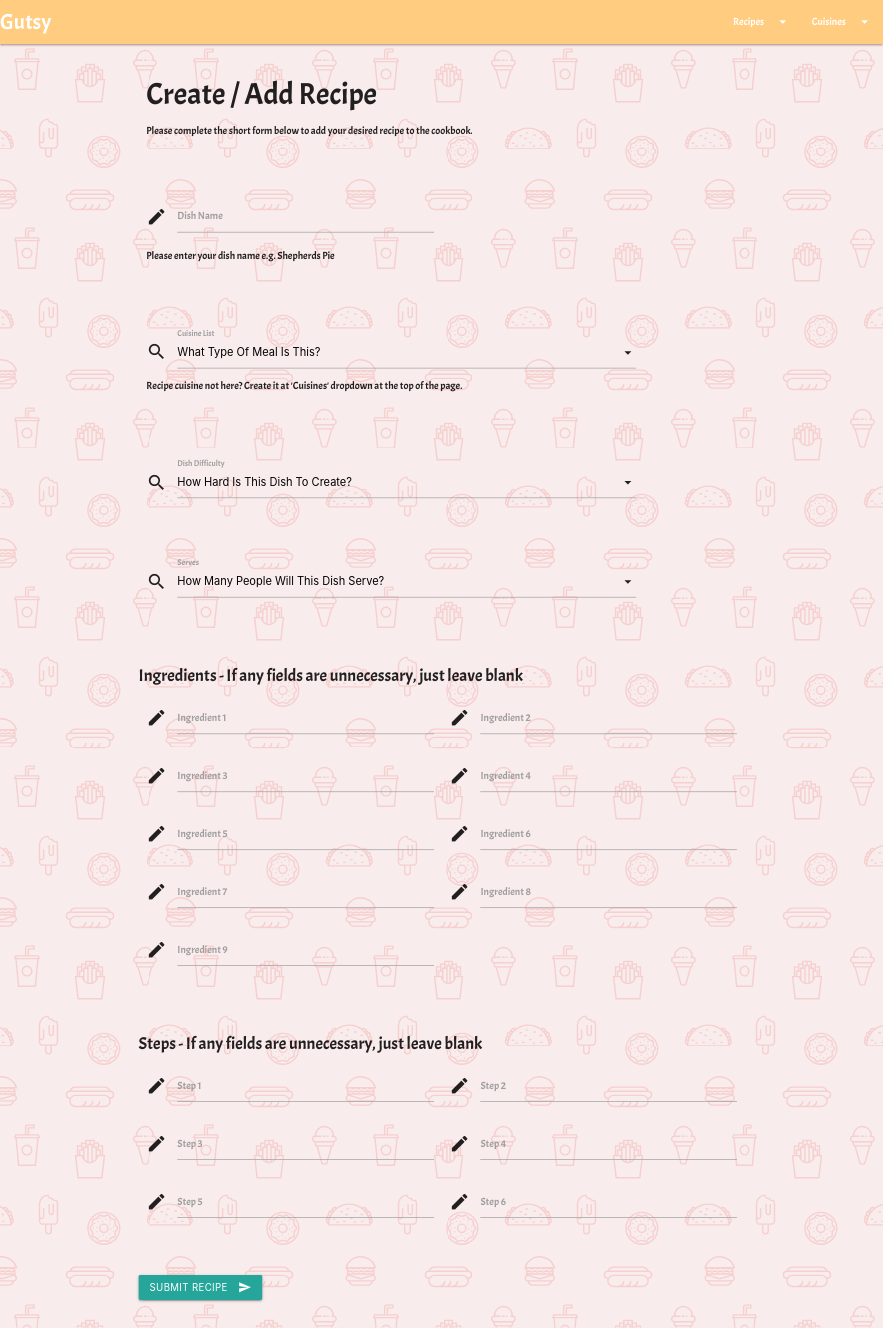
Repository: connor-blackburn/gutsy
Page: http://localhost/create_recipe
The author's editor kept a record of every edit. The page is drawn from the files as they stood at one moment, then again after the next edit.
The browser window is 1280 px wide. The pictures show the whole page, at 69% of full size.
The page is served by the project's application, run on Flask 3 (app.py). Queries for data that is not in the repository find no rows.

Above is the page before.

After the next edit:
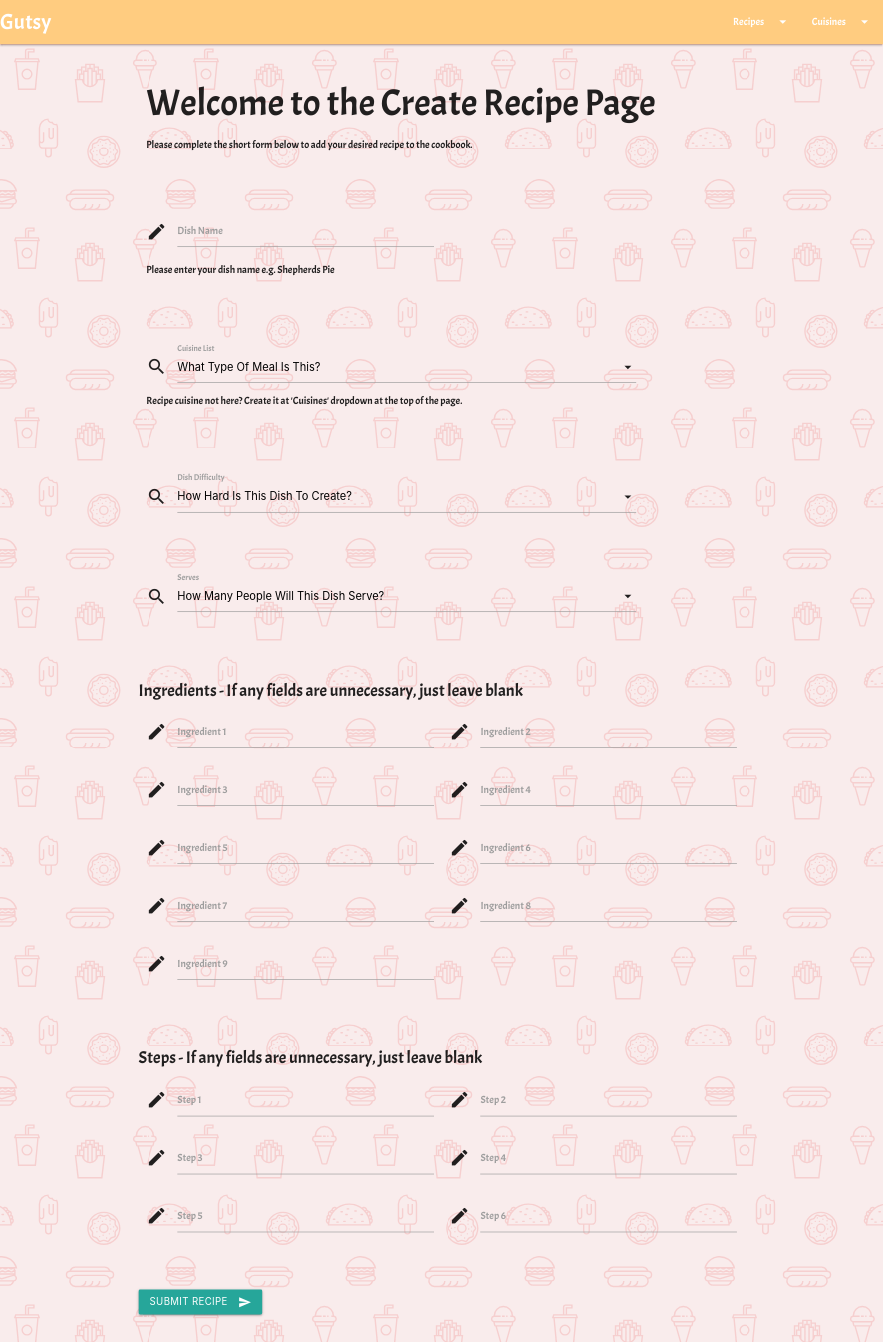
The edit:
--- a/templates/create_recipe.html
+++ b/templates/create_recipe.html
@@ -1,7 +1,7 @@
 {% extends 'base.html' %} {% block content %}
 
 <div class="row description container">
-    <h3>Create / Add Recipe</h3>
+    <h2>Welcome to the Create Recipe Page</h2>
     <p>Please complete the short form below to add your desired recipe to the cookbook.</p>
 </div>
 
